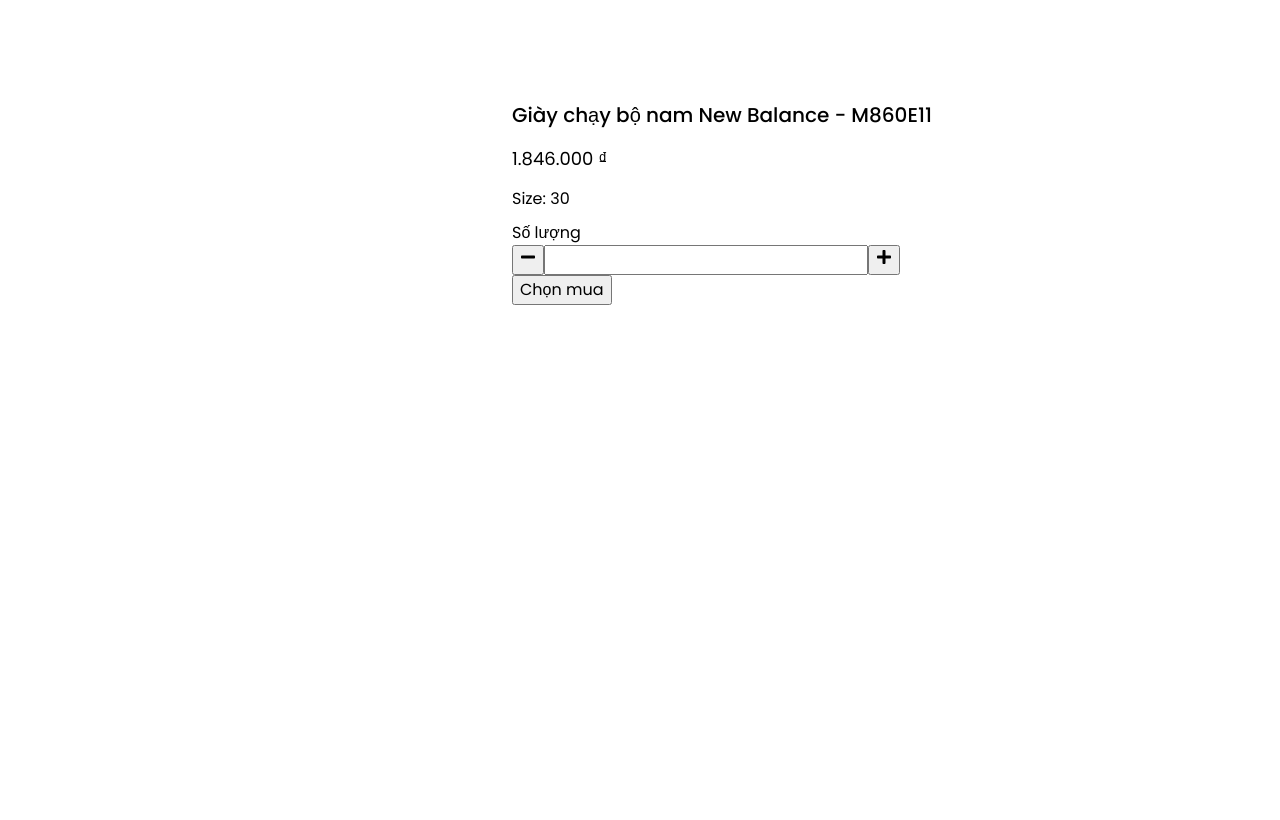
Repository: hoang0508/ReactJsHoiDanIT
Page: /
An editor plug-in stored every save of this project. The page is shown before and after the next save, followed by the edit.
The browser window is 1280 px wide. The pictures show the whole page.
The project was rebuilt for these pictures with package versions that can differ from the ones it lists, and the page was loaded fresh each time.

Above is the page before, as saved 2022-02-24 14:21:45.

### public/index.html
<!DOCTYPE html>
<html lang="en">
  <head>
    <meta charset="utf-8" />
    <link rel="icon" href="%PUBLIC_URL%/favicon.ico" />
    <meta name="viewport" content="width=device-width, initial-scale=1" />
    <meta name="theme-color" content="#000000" />
    <meta
      name="description"
      content="Web site created using create-react-app"
    />
    <link rel="apple-touch-icon" href="%PUBLIC_URL%/logo192.png" />
    <!--
      manifest.json provides metadata used when your web app is installed on a
      user's mobile device or desktop. See https://developers.google.com/web/fundamentals/web-app-manifest/
    -->
    <link rel="manifest" href="%PUBLIC_URL%/manifest.json" />
    <!--
      Notice the use of %PUBLIC_URL% in the tags above.
      It will be replaced with the URL of the `public` folder during the build.
      Only files inside the `public` folder can be referenced from the HTML.

      Unlike "/favicon.ico" or "favicon.ico", "%PUBLIC_URL%/favicon.ico" will
      work correctly both with client-side routing and a non-root public URL.
      Learn how to configure a non-root public URL by running `npm run build`.
    -->
    <link rel="preconnect" href="https://fonts.googleapis.com" />
    <link rel="preconnect" href="https://fonts.gstatic.com" crossorigin />
    <link
      href="https://fonts.googleapis.com/css2?family=Poppins:ital,wght@0,300;0,400;0,500;0,600;0,700;1,600&family=Red+Hat+Display:wght@300;400;500;600;700&display=swap"
      rel="stylesheet"
    />
    <title>React App</title>
  </head>
  <body>
    <noscript>You need to enable JavaScript to run this app.</noscript>
    <div id="root"></div>
    <!--
      This HTML file is a template.
      If you open it directly in the browser, you will see an empty page.

      You can add webfonts, meta tags, or analytics to this file.
      The build step will place the bundled scripts into the <body> tag.

      To begin the development, run `npm start` or `yarn start`.
      To create a production bundle, use `npm run build` or `yarn build`.
    -->
  </body>
</html>

### src/index.css
@import url("https://fonts.googleapis.com/css2?family=Poppins:wght@100;200;300;400;500;600;700&display=swap");
body {
  margin: 0;
  font-family: "Poppins", sans-serif;
  font-size: 16px;
  -webkit-font-smoothing: antialiased;
  -moz-osx-font-smoothing: grayscale;
}

code {
  font-family: source-code-pro, Menlo, Monaco, Consolas, "Courier New",
    monospace;
}

### src/App.js
// import logo from "./logo.svg";
import "./App.css";
// import AddNewProduct from "./components/Form/AddNewProduct";
import Product from "./components/Products/Product";
// import Home from "./components/TodoApp/Home";

const App = () => {
  return (
    <>
      {/* <AddNewProduct /> */}
      <Product />
    </>
  );
};

export default App;

### src/App.css
*,
*::before,
*::after {
  box-sizing: border-box;
}
body,
h1,
h2,
h3,
h4,
h5,
h6,
p,
figure,
picture {
  margin: 0;
}
body {
  min-height: 100vh;
  line-height: 1.5;
}
input,
button,
select,
textarea {
  font: inherit;
}
img,
picture {
  display: block;
  max-width: 100%;
}
/* remove animation for people who've turned them off */
@media (prefers-reduced-motion: reduce) {
  *,
  *::before,
  *::after {
    animation-duration: 0.01ms !important;
    animation-iteration-count: 1 !important;
    transition-duration: 0.01ms !important;
    scroll-behavior: auto !important;
  }
}

### src/components/Products/Product.js
import React from "react";
import { FaMinus } from "react-icons/fa";
import { FaPlus } from "react-icons/fa";
import "./Product.scss";
const Product = () => {
  return (
    <div className="product">
      <div className="product-list"></div>
      <div className="product-content">
        <div className="product-name">
          Giày chạy bộ nam New Balance - M860E11
        </div>
        <div className="product-price">1.846.000 ₫</div>
        <div className="product-size">
          Size: <span>30</span>
        </div>
        <div className="product-count">
          <div className="product-quantity">Số lượng</div>
          <div className="product-group">
            <button className="product-btn">
              <FaMinus />
            </button>
            <input type="text" />
            <button className="product-btn">
              <FaPlus />
            </button>
          </div>
          <div>
            <button className="product-buy">Chọn mua</button>
          </div>
        </div>
      </div>
    </div>
  );
};

export default Product;

### src/components/Products/Product.scss
.product {
  margin-top: 100px;
  display: flex;
  justify-content: space-between;
  align-items: center;
  &-list {
    width: 40%;
  }
  &-content {
    width: 60%;
  }
  &-name {
    font-size: 20px;
    margin-bottom: 15px;
    font-weight: 500;
  }
  &-price {
    margin-bottom: 15px;
    font-size: 18px;
    font-weight: 400;
  }
  &-size {
    margin-bottom: 10px;
  }
}

Loaded but not shown: src/index.js (common file); src/reportWebVitals.js (common file)

After the next save:
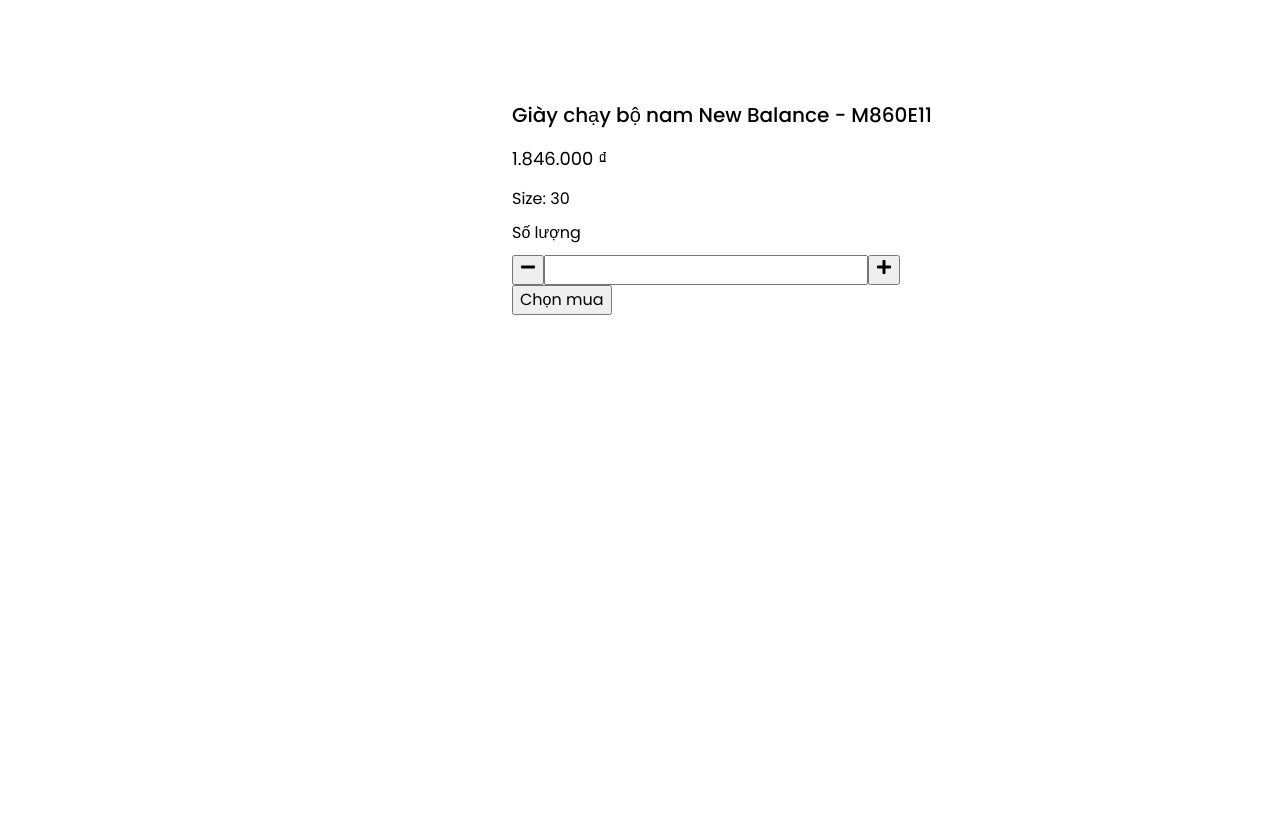
Saved 21 s later.
--- a/src/components/Products/Product.scss
+++ b/src/components/Products/Product.scss
@@ -22,4 +22,7 @@
   &-size {
     margin-bottom: 10px;
   }
+  &-quantity {
+    padding-bottom: 10px;
+  }
 }
